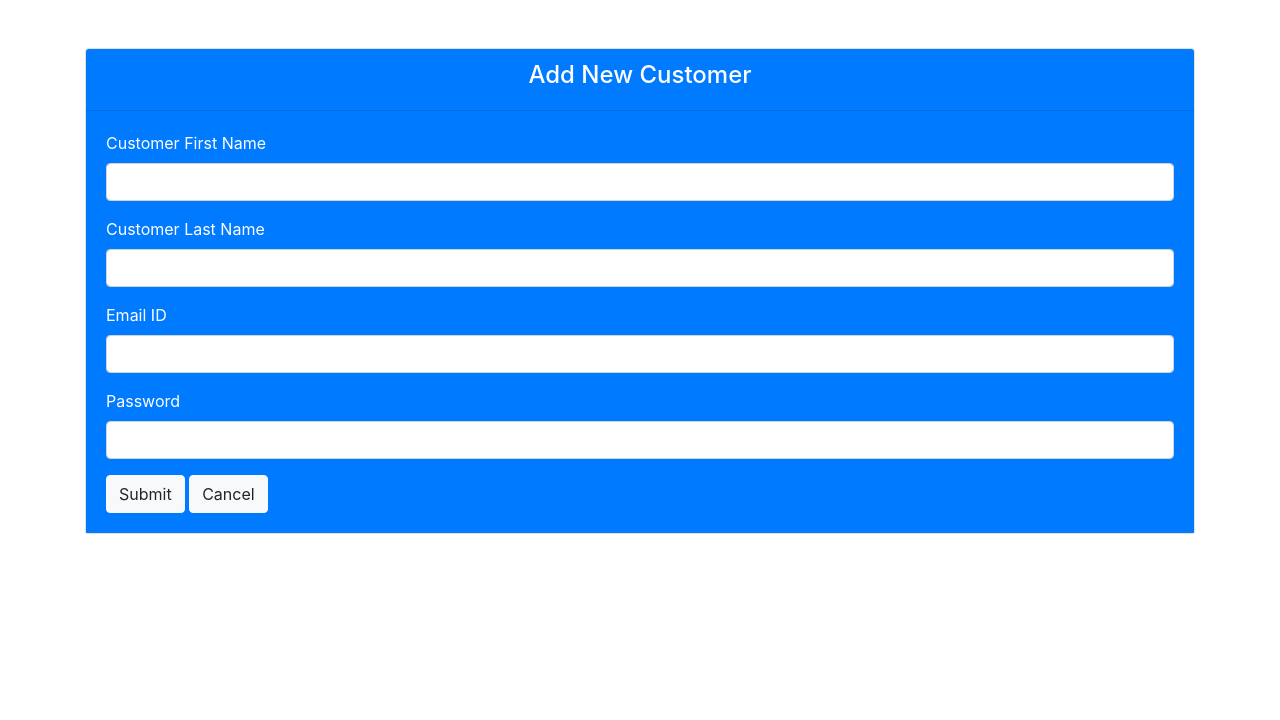
Repository: prathamsuhasia/swabhav-mini-project
Page: http://localhost/01-mini-project/AddNewCustomer.jsp
An editor plug-in stored every save of this project. The page is shown before and after the next save, followed by the edit.
The browser window is 1280 px wide. The pictures show the whole page.
The page is served by Tomcat 9. The session is filled in as if someone had signed in: {"username": "testuser", "admin": "admin"}.

Above is the page before, as saved 2024-08-15 18:07:10.

After the next save:
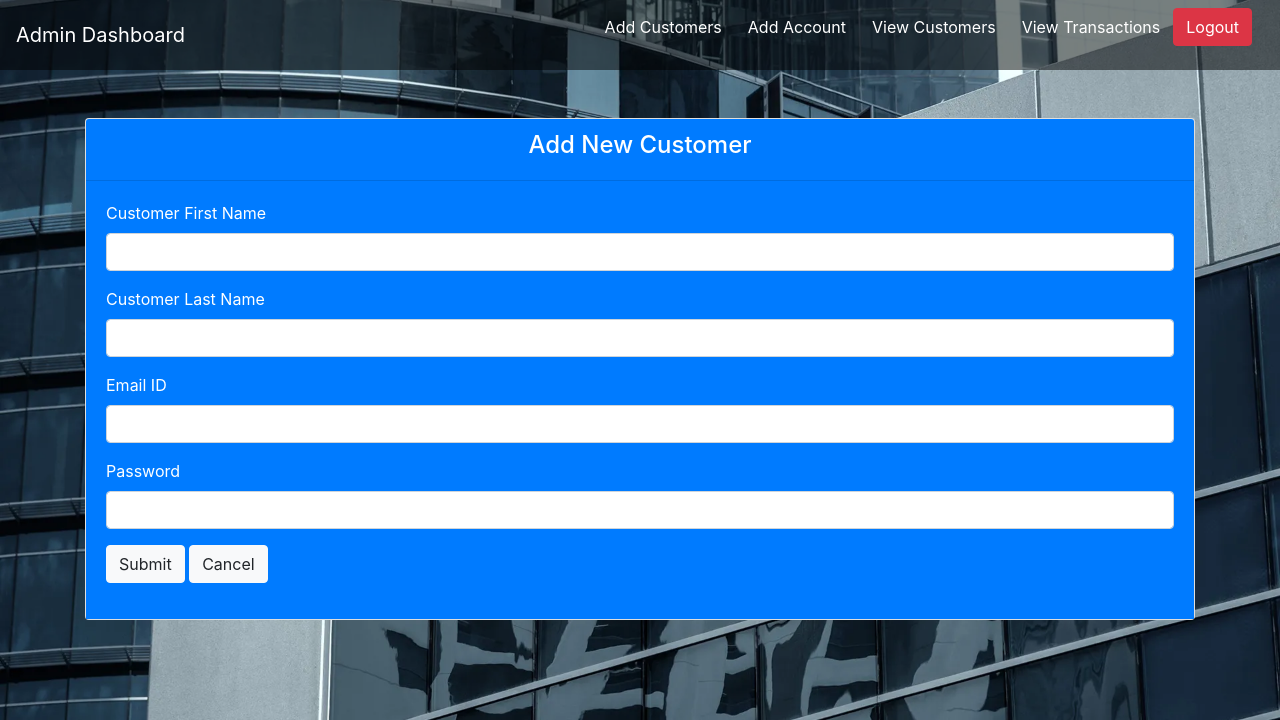
Saved 19 min 15 s later.
--- a/01-mini-project/WebContent/AddNewCustomer.jsp
+++ b/01-mini-project/WebContent/AddNewCustomer.jsp
@@ -1,18 +1,8 @@
 <%@ page language="java" contentType="text/html; charset=ISO-8859-1"
     pageEncoding="ISO-8859-1"%>
-    <%
-response.setHeader("Cache-Control", "no-cache, no-store, must-revalidate");
-response.setHeader("Pragma", "no-cache");
-response.setDateHeader("Expires", 0);
-%>
-    <%
-    HttpSession sessions = request.getSession(false);
-    if (session == null || session.getAttribute("username") == null || !"admin".equals(session.getAttribute("admin"))) {
-        // No session or user not logged in, redirect to the login page
-        response.sendRedirect("Index.jsp");
-        return;
-    }
-%>
+<%@ page language="java" contentType="text/html; charset=ISO-8859-1"%>
+<%@ include file="navbar.jsp" %>
+
 <!DOCTYPE html PUBLIC "-//W3C//DTD HTML 4.01 Transitional//EN" "http://www.w3.org/TR/html4/loose.dtd">
 <html>
 <head>
